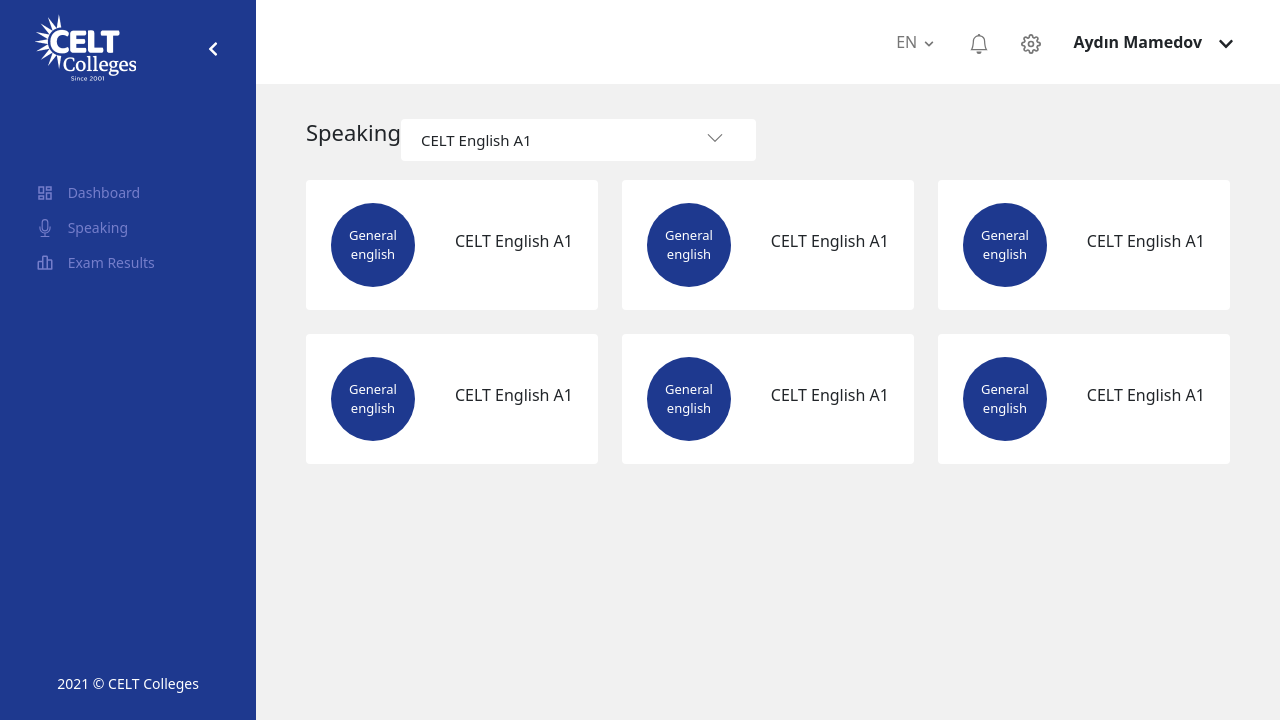
Repository: aydinws/celtapp
Page: /speaking
The author's editor kept a copy of each file at every save. The page is drawn from the files as they stood at one save, then again after the next save.
The browser window is 1280 px wide. The pictures show the whole page.
The project was rebuilt for these pictures with package versions that can differ from the ones it lists, and the page was loaded fresh each time. Also part of the build but not shown: src/pages/Dashboard/index.js, src/pages/ExamResults/index.scss, src/components/Table/index.scss, src/components/Pagination/index.scss, src/components/Pagination/index.js, src/components/Table/index.js, src/pages/ExamResults/index.js.

Above is the page before, as saved 2021-06-09 23:58:47.

After the next save:
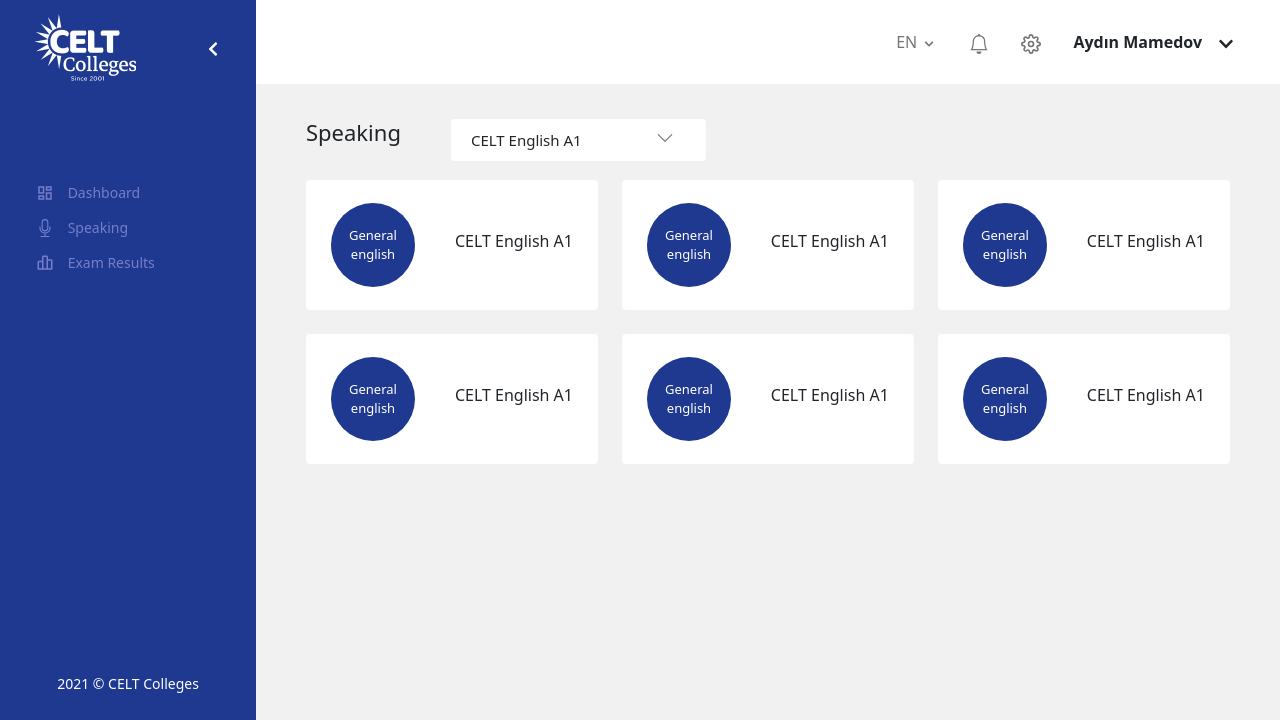
Saved 9 s later.
--- a/src/pages/Speakings/index.scss
+++ b/src/pages/Speakings/index.scss
@@ -47,12 +47,11 @@
     background-color: #FFFFFF;
     border-radius: 4px;
     overflow: hidden;
-    margin-left: 50px;
     display: flex;
     justify-content: space-between;
     align-items: center;
     padding: 0 20px;
-    margin: 0;
+    margin: 0 50px 0;
 
     span {
         font-weight: 500;
